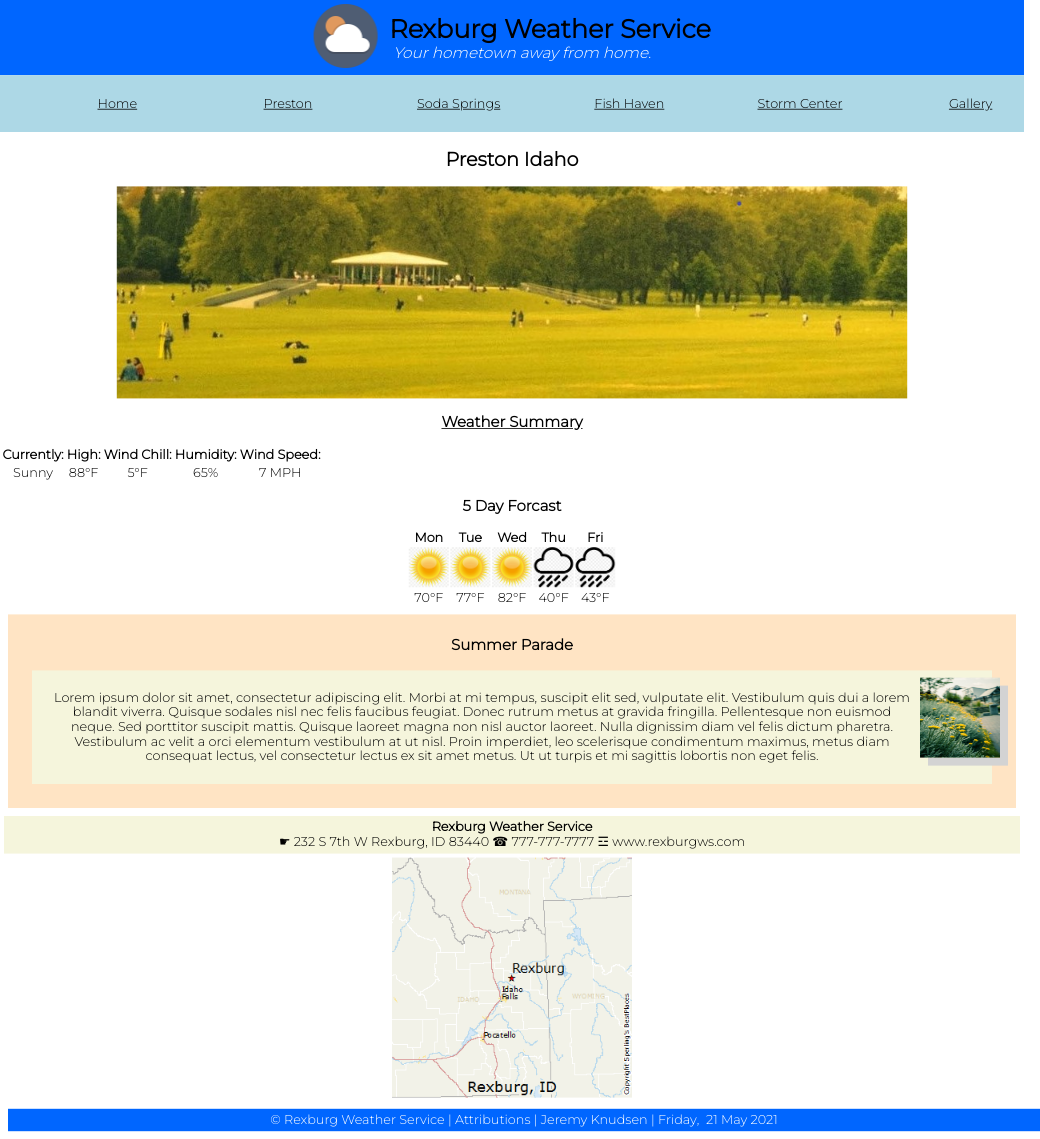
Repository: jknudsen97/jknudsen97.github.io
Page: lesson05/preston-5.html
These files come from the project's save history. The page is drawn as it stood at one moment and after the next save; the edit follows.
The browser window is 1280 px wide. The page is 1300 px wide, so the pictures cover 1300 px, including what lies to the right of the window. The pictures show the whole page, at 80% of full size.

Above is the page before, as saved 2021-05-22 23:03:13.

After the next save:
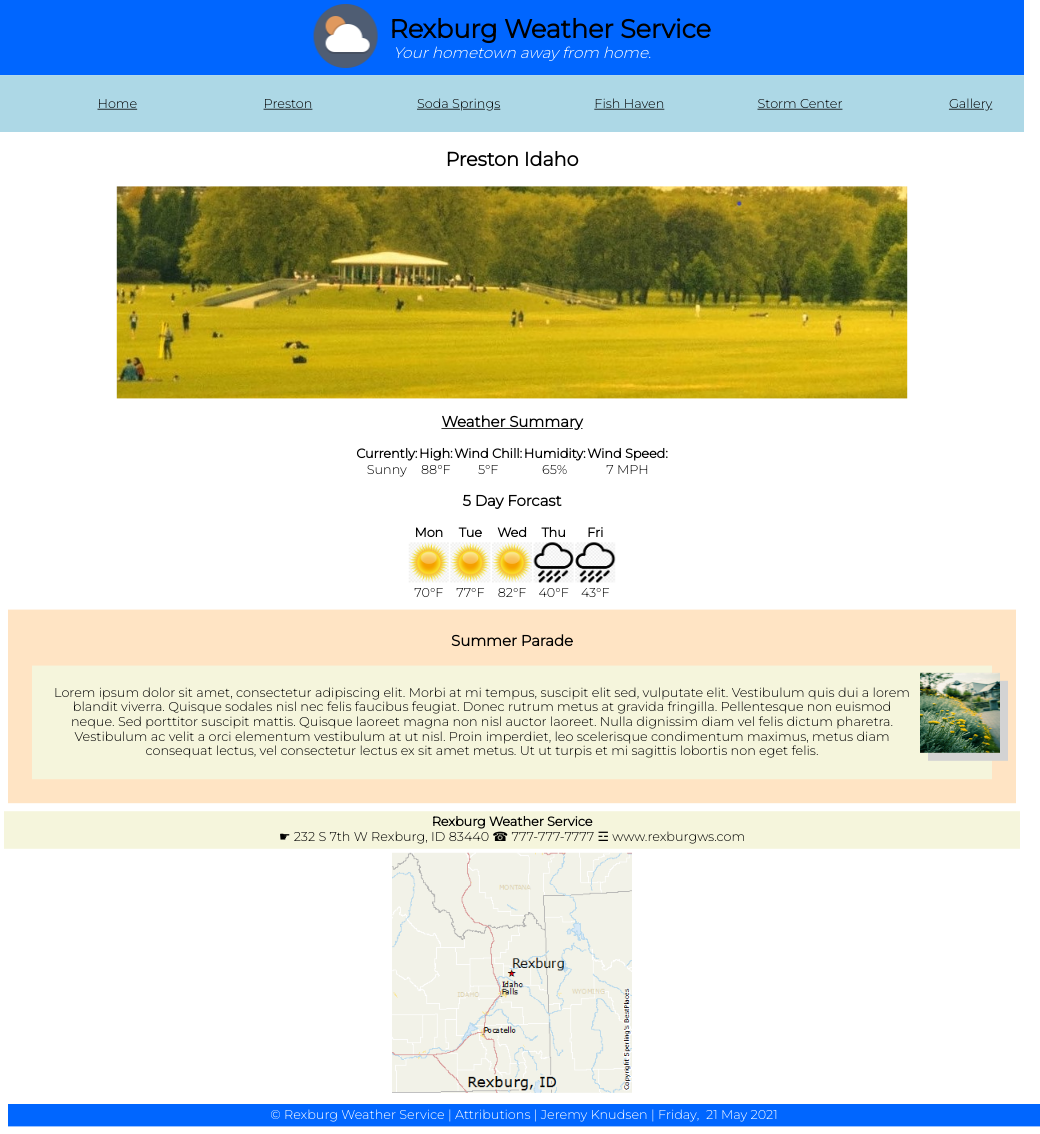
Saved 12 s later.
--- a/lesson05/css/main.css
+++ b/lesson05/css/main.css
@@ -190,7 +190,7 @@ footer {
     display: none;
 }
 
-.summary{
+.sum-titles{
     border-collapse: collapse;
     margin-left: auto;
     margin-right: auto;
